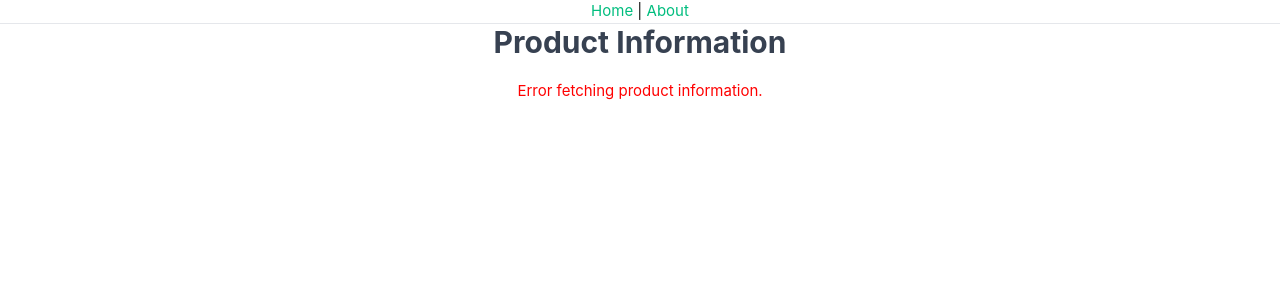
Repository: loktioncode/vectra-shop
Page: /
These files come from the project's save history. The page is drawn as it stood at one moment and after the next save; the edit follows.
The browser window is 1280 px wide. The pictures show the whole page.
The page's requests for data from a server got no answer. The project was rebuilt for these pictures with package versions that can differ from the ones it lists, and the page was loaded fresh each time. No one was signed in, and anything a server would have sent is missing. Also part of the build but not shown: vite.config.ts.

Above is the page before, as saved 2023-09-20 14:58:18.

After the next save:
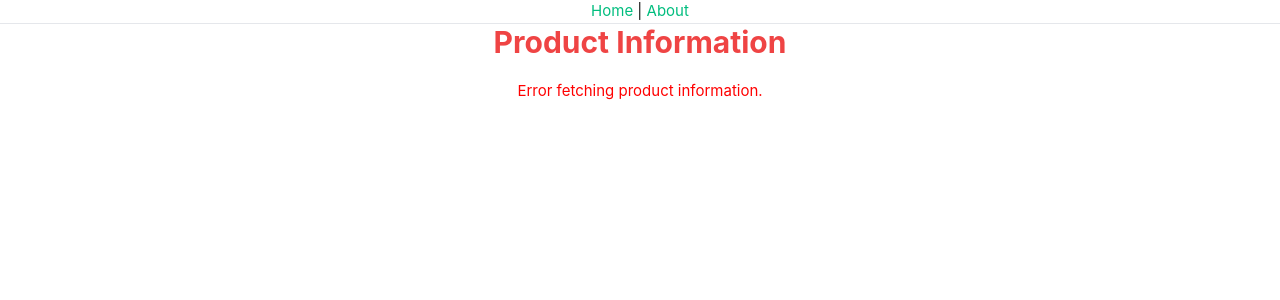
Saved 63 s later.
--- a/src/components/Products.vue
+++ b/src/components/Products.vue
@@ -1,6 +1,6 @@
 <template>
     <div>
-      <h1 class="text-3xl text-gray-700 font-bold mb-5">Product Information</h1>
+      <h1 class="text-3xl text-red-500 font-bold mb-5">Product Information</h1>
       <div v-if="productStore.loading">Loading...</div>
       <div v-else>
         <div v-if="productStore.error" class="error-message">{{ productStore.error }}</div>
